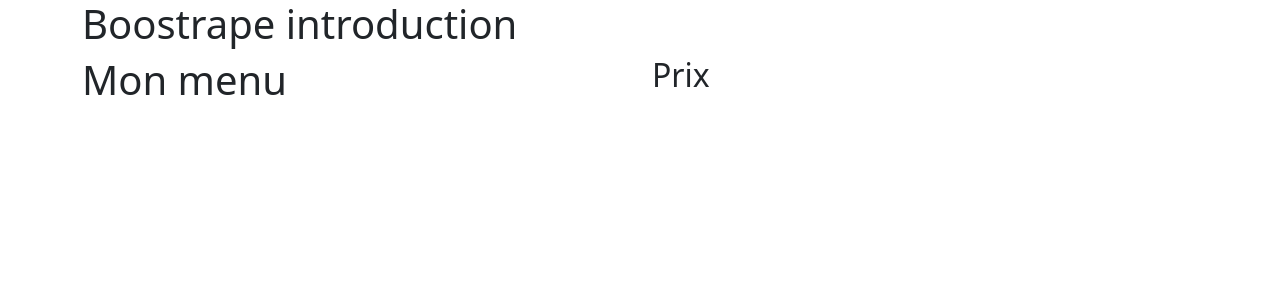
Repository: feyroozecode/meta_backed_dev_coursera
Page: intro-boostrape/index.html
An editor plug-in stored every save of this project. The page is shown before and after the next save, followed by the edit.
The browser window is 1280 px wide. The pictures show the whole page.

Above is the page before, as saved 2023-07-06 15:19:36.

### intro-boostrape/index.html
<!DOCTYPE html>
<html lang="en">
<head>
    <meta charset="UTF-8">
    <meta name="viewport" content="width=device-width, initial-scale=1.0">
    <link href="https://cdn.jsdelivr.net/npm/bootstrap@5.2.3/dist/css/bootstrap.min.css" rel="stylesheet"  />
    <title>Intro Boostrap</title>
</head>
<body>

<div>
    <h1 class=" container bg-center">Boostrape introduction </h1>

    <div  class="container bg-center">
        <div class="row">
            <div class="col">
                <h1>Mon menu</h1>
            </div>
            <div class="col">
                <h2>
                    Prix
                </h2>
            </div>
        </div>
    </div>

</div>


    <script src="https://cdn.jsdelivr.net/npm/bootstrap@5.2.3/dist/js/bootstrap.min.js" integrity="sha384-cuYeSxntonz0PPNlHhBs68uyIAVpIIOZZ5JqeqvYYIcEL727kskC66kF92t6Xl2V" crossorigin="anonymous"></script>

</body>
</html>

After the next save:
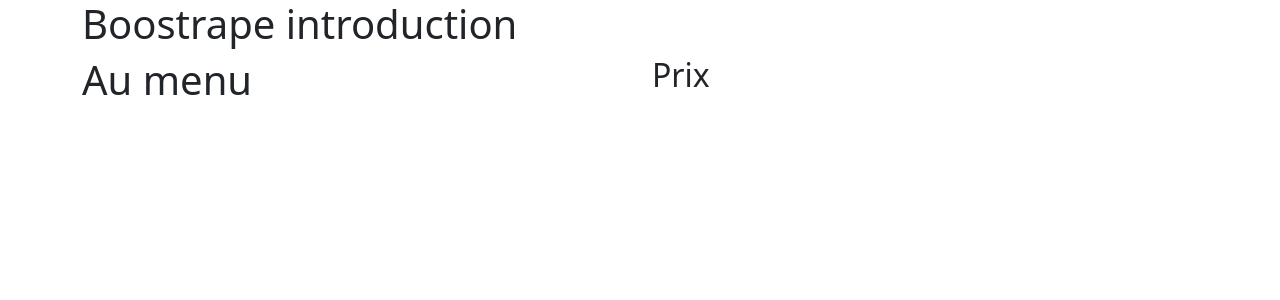
Saved 4 s later.
--- a/intro-boostrape/index.html
+++ b/intro-boostrape/index.html
@@ -14,7 +14,7 @@
     <div  class="container bg-center">
         <div class="row">
             <div class="col">
-                <h1>Mon menu</h1>
+                <h1>Au menu</h1>
             </div>
             <div class="col">
                 <h2>
